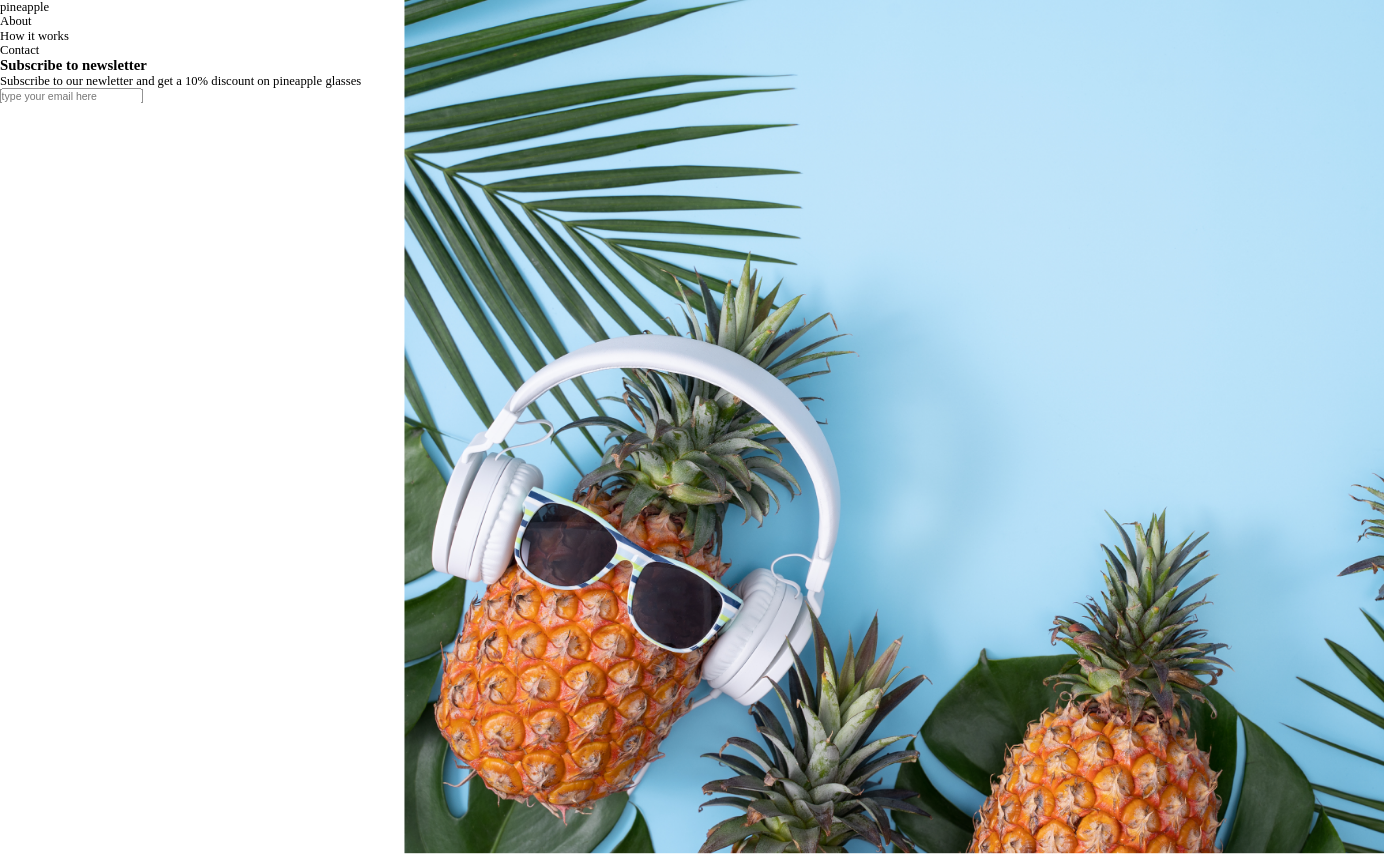
Repository: PaulsBebris/megabit-task
Page: /
The author's editor kept a copy of each file at every save. The page is drawn from the files as they stood at one save, then again after the next save.
The browser window is 1280 px wide. The page is 1752 px wide, so the pictures cover 1752 px, including what lies to the right of the window. The pictures show the whole page, at 79% of full size.
The project was rebuilt for these pictures with package versions that can differ from the ones it lists, and the page was loaded fresh each time.

Above is the page before, as saved 2021-04-18 18:47:31.

### src/App.vue
<template>
  <div id="app">
    <!-- <div id="nav">
      <router-link to="/">Home</router-link> |
      <router-link to="/about">About</router-link>
    </div> -->
    <router-view/>
  </div>
</template>

<style lang="scss">
// normalize
* {
  padding: 0;
  margin: 0;
  box-sizing: border-box;
}

// #app {
//   font-family: Avenir, Helvetica, Arial, sans-serif;
//   -webkit-font-smoothing: antialiased;
//   -moz-osx-font-smoothing: grayscale;
//   text-align: center;
//   color: #2c3e50;
// }

// #nav {
//   padding: 30px;

//   a {
//     font-weight: bold;
//     color: #2c3e50;

//     &.router-link-exact-active {
//       color: #42b983;
//     }
//   }
// }
</style>

### src/router/index.js
import Vue from 'vue'
import VueRouter from 'vue-router'
import Home from '../views/Home.vue'

Vue.use(VueRouter)

const routes = [
  {
    path: '/',
    name: 'Home',
    component: Home
  }
]

const router = new VueRouter({
  routes
})

export default router

// {
// path: '/about',
// name: 'About',
// route level code-splitting
// this generates a separate chunk (about.[hash].js) for this route
// which is lazy-loaded when the route is visited.
// component: () => import(/* webpackChunkName: "about" */ '../views/About.vue')
// }

### src/views/Home.vue
<template>
  <div class="home">
    <div class="base">
      <div class="header-wrapper">
        <div class="logo">
          <img src="" alt="">
          <span>pineapple</span>
        </div>
        <div class="main-menu">
          <div>About</div>
          <div>How it works</div>
          <div>Contact</div>
        </div>
      </div>
      <div class="content-wrapper">
        <h3>Subscribe to newsletter</h3>
        <p>Subscribe to our newletter and get a 10% discount on pineapple glasses</p>
      </div>
      <div class="subscribe-form-wrapper">
        <input type="text" placeholder="type your email here" @click="onSubscribe" v-model="email" >
      </div>
      <div class="terms-of-use"></div>
      <div class="social-wrapper"></div>
    </div>
    <div class="base-image">
      <img :src=sommer alt="">
    </div>
  </div>
</template>

<script>
import sommer from '@/assets/img/sommer.png'

export default {
  name: 'Home',
  components: {},
  data () {
    return {
      sommer,
      email: ''
    }
  },
  methods: {
    onSubscribe () {
      // axios send data
    }
  }
}
</script>

<style lang="scss" scoped>
.home {
  display: grid;
  grid-template-columns: 3fr 1fr;
  grid-template-rows: 100vh;
  max-height: 1080px;
}
.base {
  width: 40vw;
  height: 1080px;
}
.base-image {
  width: 60vw;
}
.base-image img {
  max-height: 1080px;
}
// mobile
@media screen and (max-width: 1024px) {
  .base-image {
    display: none;
  }
  .base {
    width: 100vw;
    background-image: url('../assets/img/sommer.png');
    background-repeat: no-repeat;
    background-position: center;
    background-attachment: fixed;
    background-size: cover;
    max-height: 746px;
  }
}
</style>

Loaded but not shown: public/index.html (common file); src/main.js (common file); src/store/index.js (common file)

After the next save:
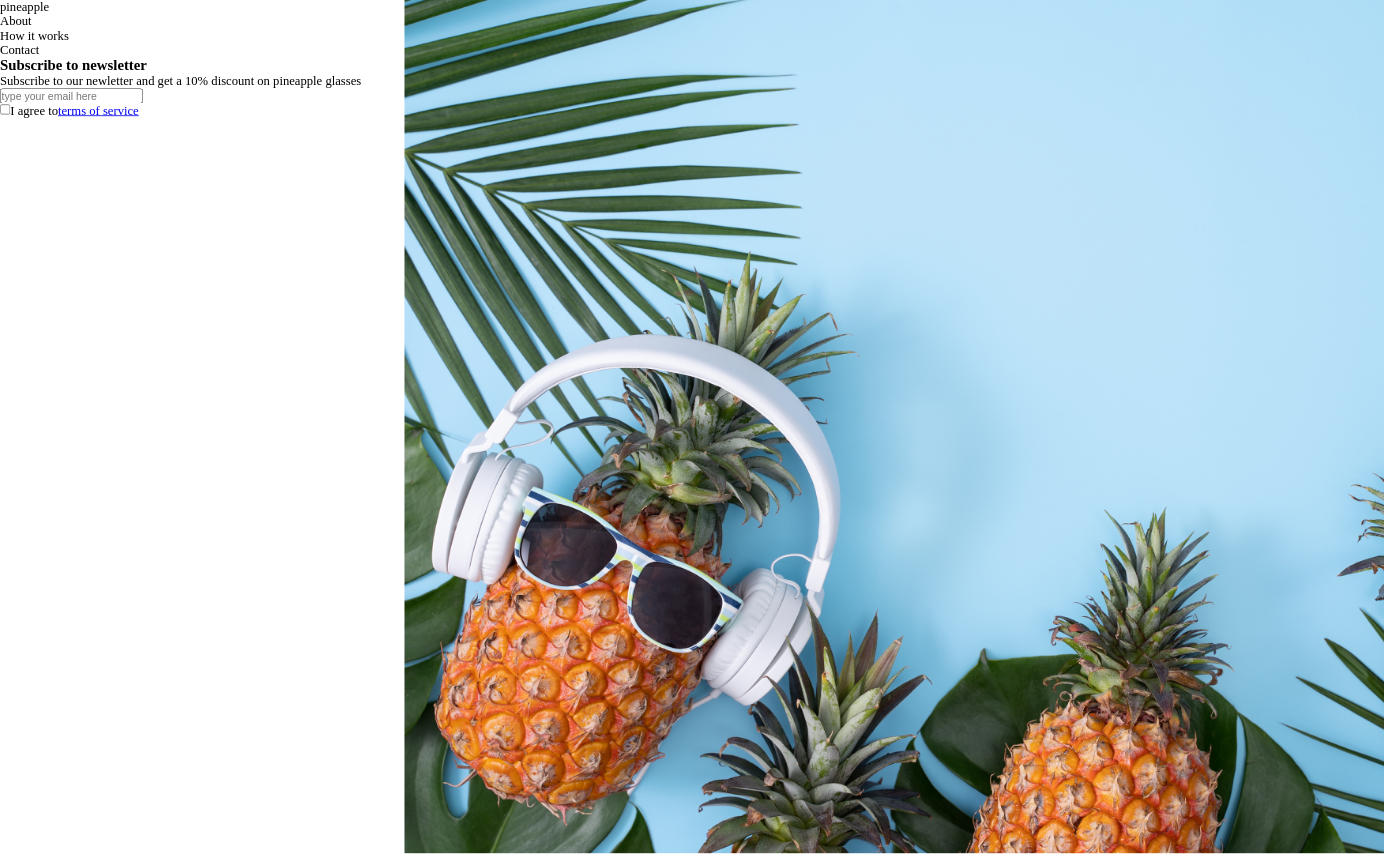
Saved 4 min 19 s later.
--- a/src/views/Home.vue
+++ b/src/views/Home.vue
@@ -18,8 +18,13 @@
       </div>
       <div class="subscribe-form-wrapper">
         <input type="text" placeholder="type your email here" @click="onSubscribe" v-model="email" >
+        <div class="submit-btn">
+          <span></span>
+        </div>
       </div>
-      <div class="terms-of-use"></div>
+      <div class="terms-of-use">
+        <input type="checkbox" name="agreedOnTerms" id="">I agree to<a href="#">terms of service</a>
+      </div>
       <div class="social-wrapper"></div>
     </div>
     <div class="base-image">
